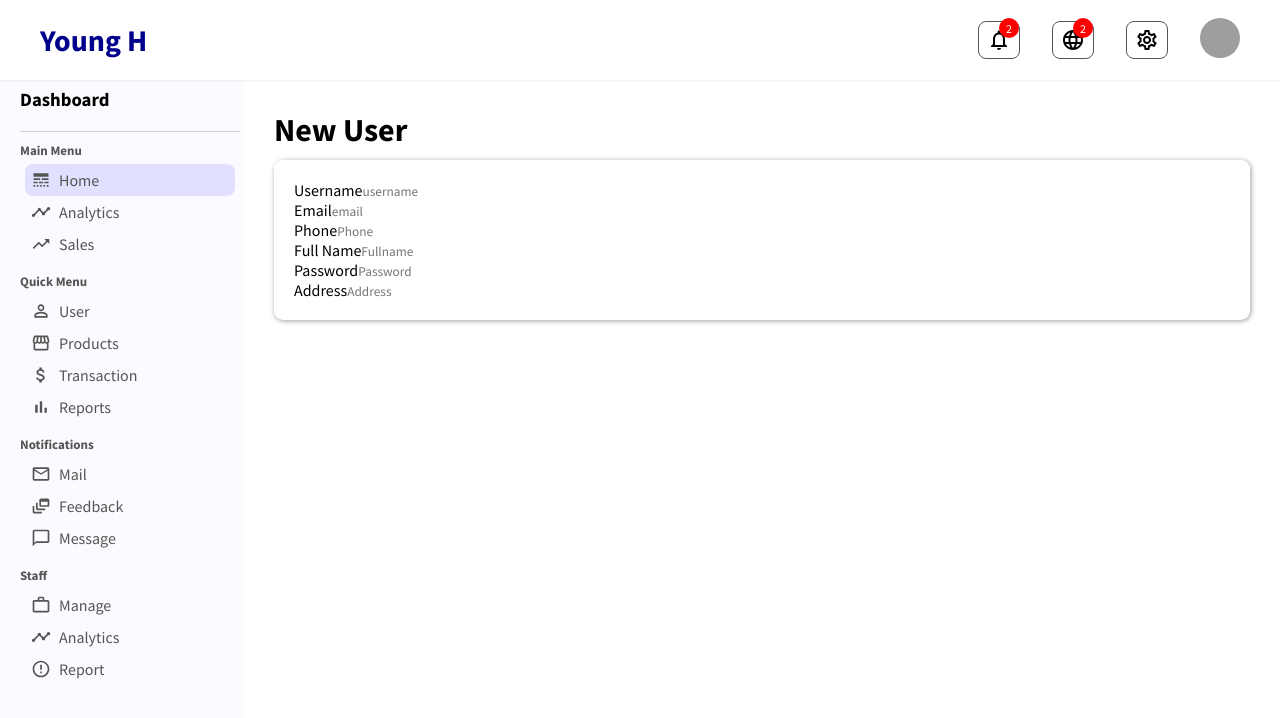
Repository: noname20011/admin
Page: /register
An editor plug-in stored every save of this project. The page is shown before and after the next save, followed by the edit.
The browser window is 1280 px wide. The pictures show the whole page.
Pictures or frames that could not be fetched are drawn as grey boxes. The project was rebuilt for these pictures with package versions that can differ from the ones it lists, and the page was loaded fresh each time. Also part of the build but not shown: src/pages/home/home.css, src/comopnents/featureInfo/feature.css, src/comopnents/featureInfo/Feature.jsx, src/comopnents/chart/chart.css, src/comopnents/chart/Chart.jsx, src/comopnents/widgetSm/widgetSm.css, src/comopnents/widgetSm/WidgetSm.jsx, src/comopnents/widgetLg/widgetLg.css and 7 more.

Above is the page before, as saved 2021-11-14 15:21:18.

After the next save:
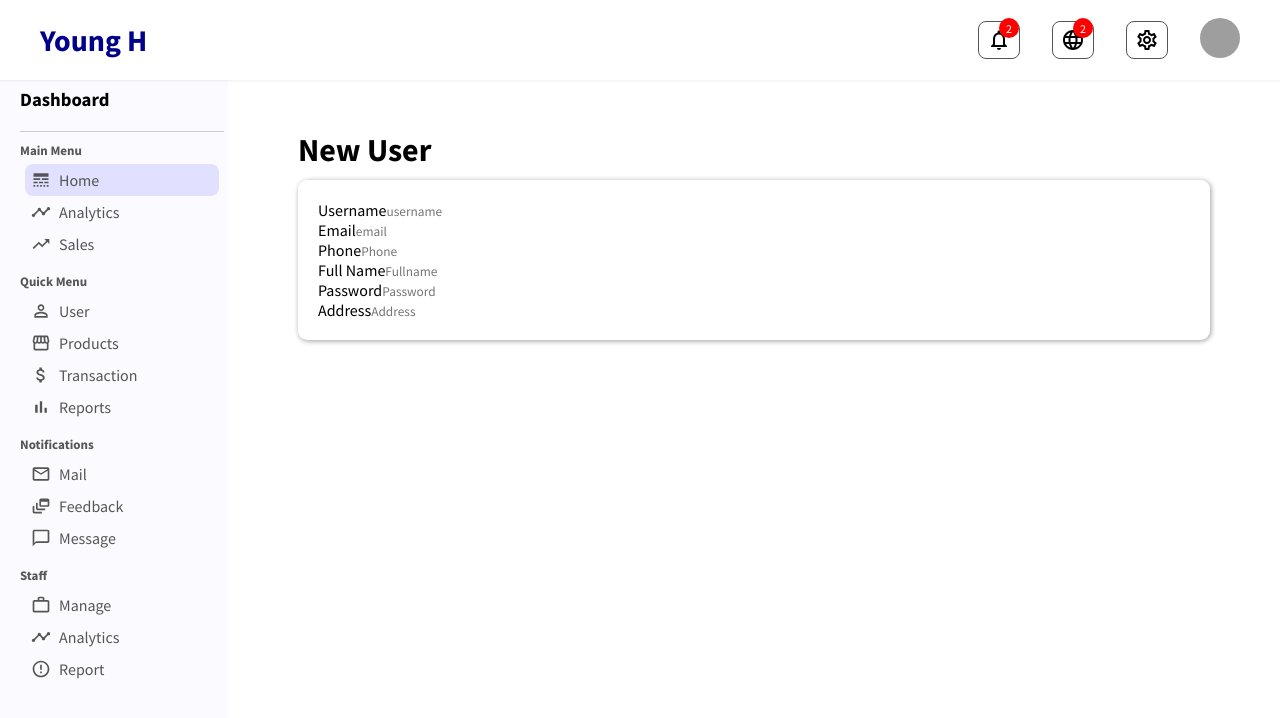
Saved 19 s later.
--- a/src/pages/newUser/newUser.css
+++ b/src/pages/newUser/newUser.css
@@ -1,7 +1,7 @@
 .newUser {
     flex: 4;
+    margin: 20px 40px;
     padding: 30px;
-    border-radius: .4rem;
 }
 
 .newUserContainer {
